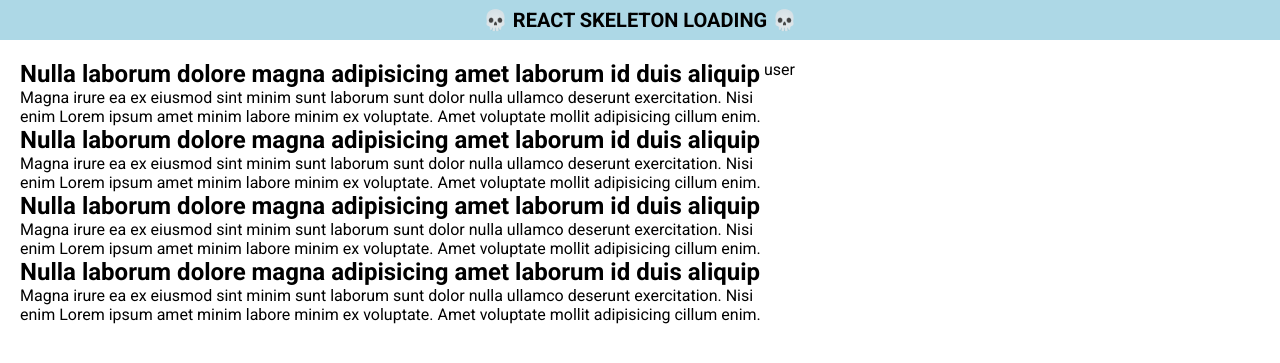
Repository: ethanJones21/React-Skeleton-Loading
Page: /
These files come from the project's save history. The page is drawn as it stood at one moment and after the next save; the edit follows.
The browser window is 1280 px wide. The pictures show the whole page.
The project was rebuilt for these pictures with package versions that can differ from the ones it lists, and the page was loaded fresh each time.

Above is the page before, as saved 2020-11-26 02:10:03.

After the next save:
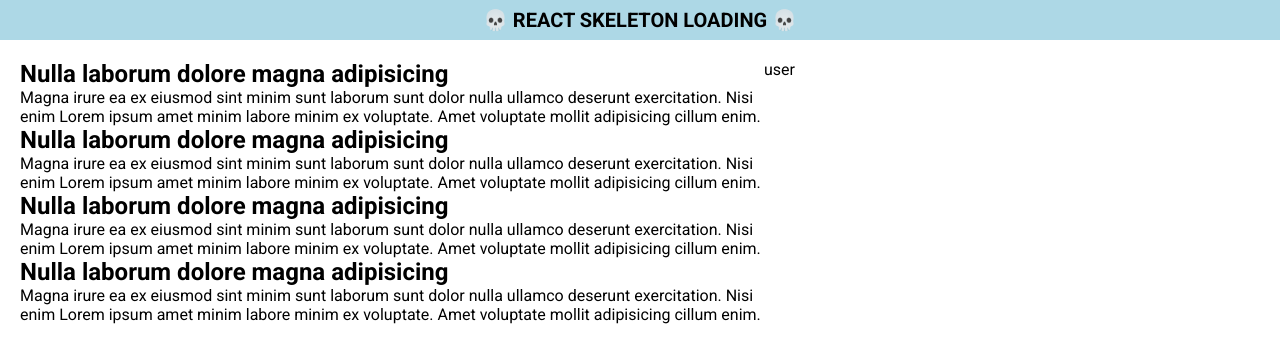
Saved 26 s later.
--- a/src/components/Post.js
+++ b/src/components/Post.js
@@ -5,7 +5,7 @@ const Post = () => {
   return (
     <div className="post">
       <h2>
-        Nulla laborum dolore magna adipisicing amet laborum id duis aliquip
+        Nulla laborum dolore magna adipisicing
       </h2>
       <p>
         Magna irure ea ex eiusmod sint minim sunt laborum sunt dolor nulla
